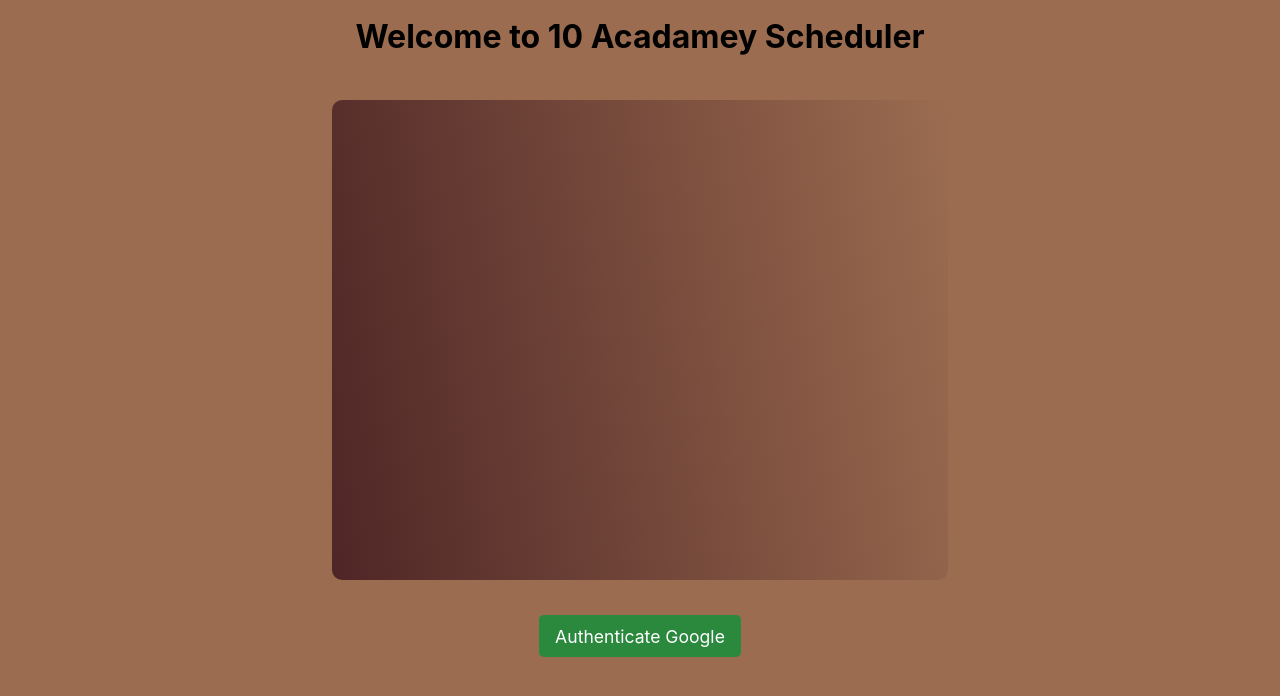
Repository: nebilarega/calendar-extractor
Page: / (app in frontend/)
The author's editor kept a copy of each file at every save. The page is drawn from the files as they stood at one save, then again after the next save.
The browser window is 1280 px wide. The pictures show the whole page.
The project was rebuilt for these pictures with package versions that can differ from the ones it lists, and the page was loaded fresh each time.

Above is the page before, as saved 2022-08-24 23:46:37.

### frontend/src/App.js
import "./App.css";
import { GoogleOAuthProvider } from "@react-oauth/google";
import { GoogleLogin } from "@react-oauth/google";
import { useState } from "react";
import axios from "axios";

import LandingPage from "./component/LandingPage";

const sampleData = {
  submmary: "Nebil this is a new event",
  description: "A chance to hear more about Google's developer products.",
  location: "800 Howard St., San Francisco, CA 94103",
  start: "August 23, 2022 8:00 AM UTC",
  end: "August 23, 2022 9:00 AM UTC",
  hangoutLink: "meet.google.com/ysb-kjdn-hpp",
};
const App = () => {
  let url;
  const [disabled, setDisabled] = useState(false);
  const responseGoogle = (response) => {
    const code = response;
    axios
      .post("/api/create-tokens", code)
      .then((response) => {
        console.log("response", response.data);
      })
      .catch((error) => {
        console.log(error);
      });
  };
  const responseError = (response) => {
    console.log(response);
  };
  const getUrl = () => {
    axios.get("/api/create-token-v2").then((response) => {
      url = response.data.url;
      if (url) {
        setDisabled(true);
      }
      window.open(url, "_blank");
    });
  };
  const handleClick = () => {
    axios.post("/api/create-events", sampleData).then((response) => {
      console.log("response", response.data);
    });
  };
  return (
    <div className="App" style={{ height: "100vh" }}>
      <LandingPage
        disabled={disabled}
        getUrl={getUrl}
        handleClick={handleClick}
      ></LandingPage>
    </div>
  );
};

export default App;

### frontend/src/App.css
.App {
  text-align: center;
}

.App-logo {
  height: 40vmin;
  pointer-events: none;
}

@media (prefers-reduced-motion: no-preference) {
  .App-logo {
    animation: App-logo-spin infinite 20s linear;
  }
}

.App-header {
  background-color: #282c34;
  min-height: 100vh;
  display: flex;
  flex-direction: column;
  align-items: center;
  justify-content: center;
  font-size: calc(10px + 2vmin);
  color: white;
}

.App-link {
  color: #61dafb;
}

@keyframes App-logo-spin {
  from {
    transform: rotate(0deg);
  }
  to {
    transform: rotate(360deg);
  }
}
.center {
  display: flex;
  justify-content: center;
  align-items: center;
}
.academy {
  width: 100%;
  height: 50vh;
  border-radius: 10px;
  display: flex;
  flex-direction: column;
  justify-content: space-between;
  align-items: center;
  /* margin-left: 10%; */
  /* margin-right: 10%; */
}
.academy-calendar {
  margin-top: 20%;
  font-size: 30px;
}

### frontend/src/component/LandingPage.js
import "../css/landing.css";

const LandingPage = ({ disabled, handleClick, getUrl }) => {
  return (
    <div className="main">
      <header className="header">
        <span className="title"> Welcome to 10 Acadamey Scheduler</span>
      </header>
      <main className="body">
        <div className="card"></div>
        <div className="footer">
          {!disabled ? (
            <div>
              <button className="google__api" onClick={getUrl}>
                Authenticate Google
              </button>
            </div>
          ) : (
            <div>
              <button className="post__event" onClick={handleClick}>
                Post Event
              </button>
            </div>
          )}
        </div>
      </main>
    </div>
  );
};

export default LandingPage;

### frontend/src/css/landing.css
/* Box sizing rules */
*,
*::before,
*::after {
  box-sizing: border-box;
}

/* Remove default margin */
body,
h1,
h2,
h3,
h4,
p,
figure,
blockquote,
dl,
dd {
  margin: 0;
}

/* Remove list styles on ul, ol elements with a list role, which suggests default styling will be removed */
ul[role="list"],
ol[role="list"] {
  list-style: none;
}

/* Set core root defaults */
html:focus-within {
  scroll-behavior: smooth;
}

/* A elements that don't have a class get default styles */
a:not([class]) {
  text-decoration-skip-ink: auto;
}

/* Make images easier to work with */
img,
picture {
  max-width: 100%;
  display: block;
}

/* Inherit fonts for inputs and buttons */
input,
button,
textarea,
select {
  font: inherit;
}

/* The remaining page */
.main {
  width: 100%;
  height: 100%;
  background-color: #9b6c50;
}
.header {
  width: 100%;
  height: 10vh;
  background-image: linear-gradient();
  background-color: "cyan";
  display: flex;
  justify-content: center;
  align-items: center;
}
.title {
  font-size: 2rem;
  font-weight: bold;
  color: "yellow";
}
.body {
  width: 100%;
  height: 90vh;
  padding: 1.5rem;
  background-color: "gray";
  display: flex;
  flex-direction: column;
  justify-content: center;
  align-items: center;
}
.card {
  width: 50%;
  height: 80%;
  /* border: 1px solid black; */
  display: flex;
  border-radius: 10px;
  justify-content: center;
  align-items: center;
  background-image: linear-gradient(260deg, #9b6c50 0%, #4f2626 100%);
}
button {
  margin: 2.2rem;
  height: 2.6rem;
  padding-left: 1rem;
  padding-right: 1rem;
  font-size: 1.1rem;
  border-radius: 0.3rem;
  border: none;
  background-color: #2b893e;
  color: white;
}
button:focus {
  outline: none;
}
button:hover {
  background-color: #3dc959;
  cursor: pointer;
}

Loaded but not shown: frontend/public/index.html (common file); frontend/src/index.js (common file); frontend/src/index.css (common file)

After the next save:
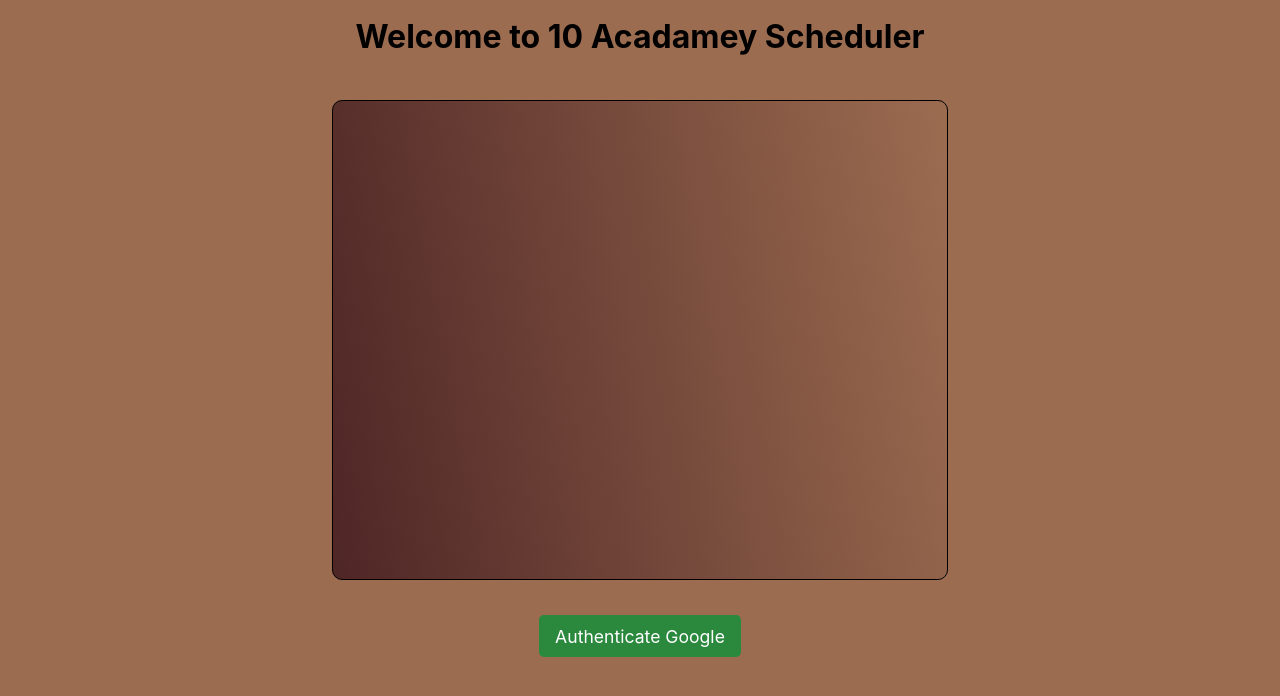
Saved 15 s later.
--- a/frontend/src/css/landing.css
+++ b/frontend/src/css/landing.css
@@ -83,7 +83,7 @@
 .card {
   width: 50%;
   height: 80%;
-  /* border: 1px solid black; */
+  border: 0.5px solid black;
   display: flex;
   border-radius: 10px;
   justify-content: center;
